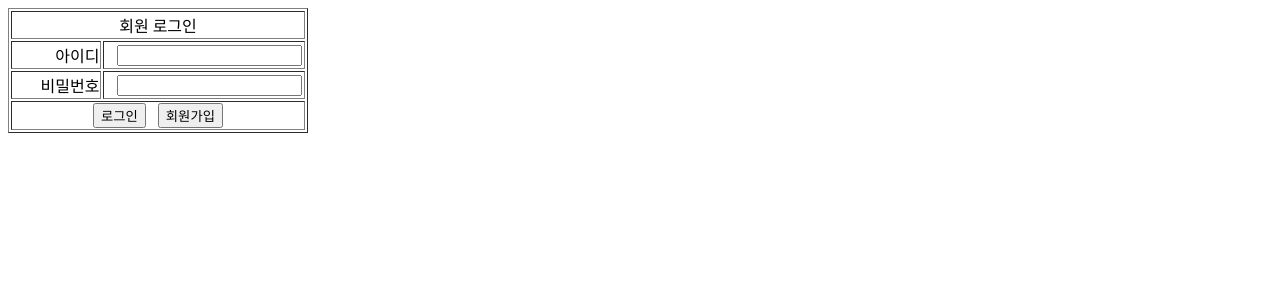
Repository: YEUMSEHWAN/JSP-Study
Page: http://localhost/ServletProjet/memberone/login.jsp
The author's editor kept a copy of each file at every save. The page is drawn from the files as they stood at one save, then again after a run of saves.
The browser window is 1280 px wide. The pictures show the whole page.
The page is served by Tomcat 9.

Above is the page before, as saved 2022-08-12 02:17:42.

After the next 3 saves:
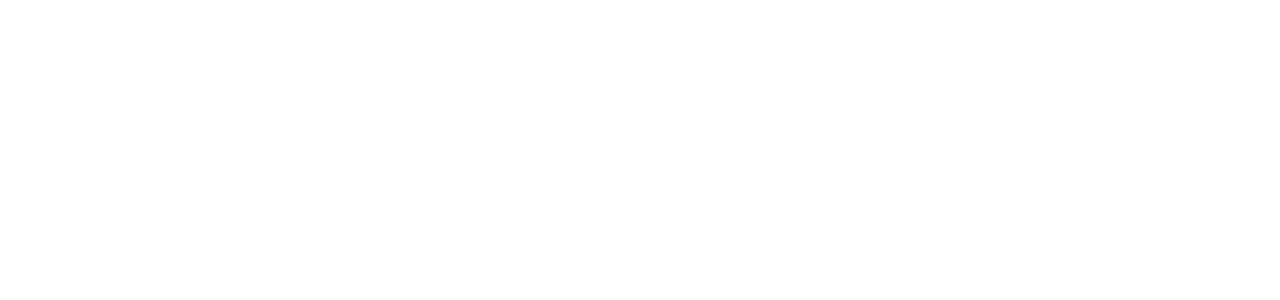
The 3 saves are shown as one change because 2 did not build or start.
The last was saved 3 min 21 s later.
--- a/ServletProjet/src/main/webapp/memberone/login.jsp
+++ b/ServletProjet/src/main/webapp/memberone/login.jsp
@@ -1,5 +1,12 @@
 <%@ page language="java" contentType="text/html; charset=UTF-8"
     pageEncoding="UTF-8"%>
+
+    <%
+    String loginID = (String)session.getAttribute("loginID");
+    %>
+
+
+
 <!DOCTYPE html>
 <html>
 <head>
@@ -8,6 +15,17 @@
 <link rel="stylesheet" type="text/css" href="style.css">
 </head>
 <body>
+<%
+
+if(loginID != null){//로그인 되었을때 화면 출력
+
+%>
+<table>
+
+
+
+
+</table>
 <form action= "loginProc.jsp" method = "post">
 <table width = "300" border = "1">
 <tr>
@@ -38,5 +56,6 @@
 </tr>
 </table>
 </form>
+<%} %>
 </body>
 </html>

After the save that followed:
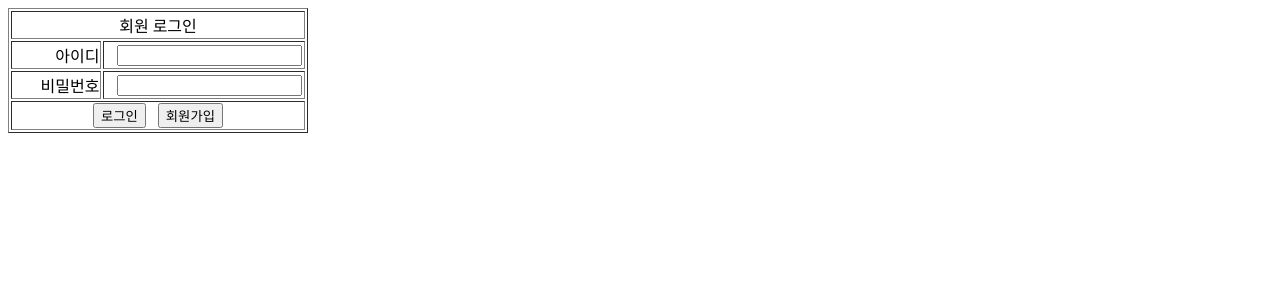
Saved 4 min 55 s later.
--- a/ServletProjet/src/main/webapp/memberone/login.jsp
+++ b/ServletProjet/src/main/webapp/memberone/login.jsp
@@ -21,11 +21,33 @@
 
 %>
 <table>
+width = "300" border = "1"
 
 
+<tr>
+<td colspan = "3 align = center"<%=loginID %>>님 환영합니다.</td>
+</tr>
+
+<tr>
+<td width = "100" align = "center">
+<a href = "modifyForm.jsp">정보수정</a>
+</td>
+
+<tr>
+<td width = "100" align = "center">
+<a href = "deleteForm.jsp">회원탈퇴</a>
+</td>
+
+<tr>
+<td width = "100" align = "center">
+<a href = "logout.jsp">로그아웃</a>
+</td>
+
+</tr>
 
 
 </table>
+<% }else { %>
 <form action= "loginProc.jsp" method = "post">
 <table width = "300" border = "1">
 <tr>
